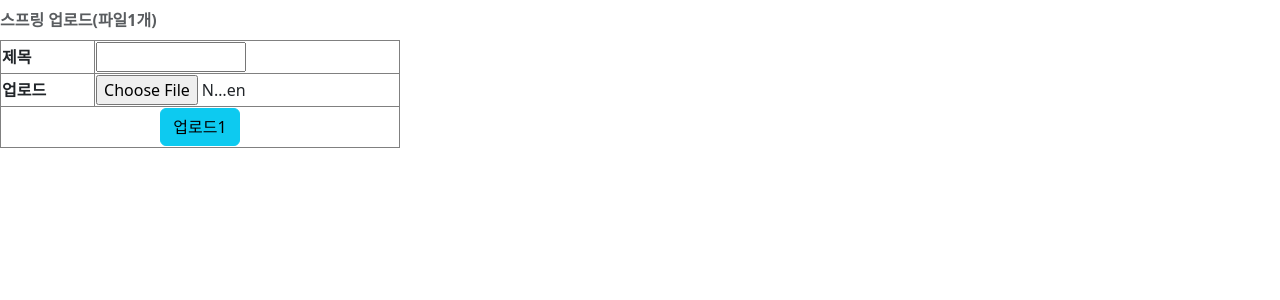
Repository: UZCHA/Sist0103Project
Page: http://localhost/SpringMvcFileUploadEx6/board/uploadform2
An editor plug-in stored every save of this project. The page is shown before and after the next save, followed by the edit.
The browser window is 1280 px wide. The pictures show the whole page.
Some web fonts or font styles are not loaded; a fallback is used. The page is served by Tomcat 9.

Above is the page before, as saved 2024-05-07 05:37:19.

After the next save:
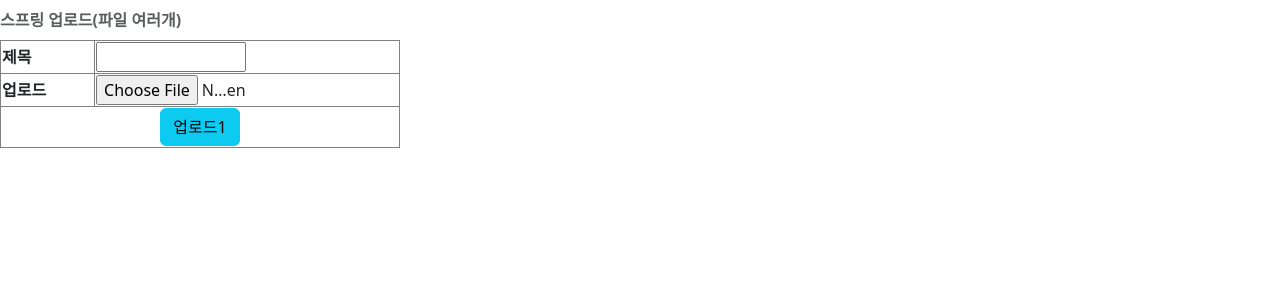
Saved 29 s later.
--- a/sts3work/SpringMvcFileUploadEx6/src/main/webapp/WEB-INF/board/uploadform2.jsp
+++ b/sts3work/SpringMvcFileUploadEx6/src/main/webapp/WEB-INF/board/uploadform2.jsp
@@ -14,7 +14,7 @@
 <body>
 <form action="upload2" method="post" enctype="multipart/form-data">
 	<table class="tabel table-bordered" style="width: 400px;">
-		<caption align="top"><b>스프링 업로드(파일1개)</b></caption>
+		<caption align="top"><b>스프링 업로드(파일 여러개)</b></caption>
 			<tr>
 				<th>제목</th>
 				<td>
